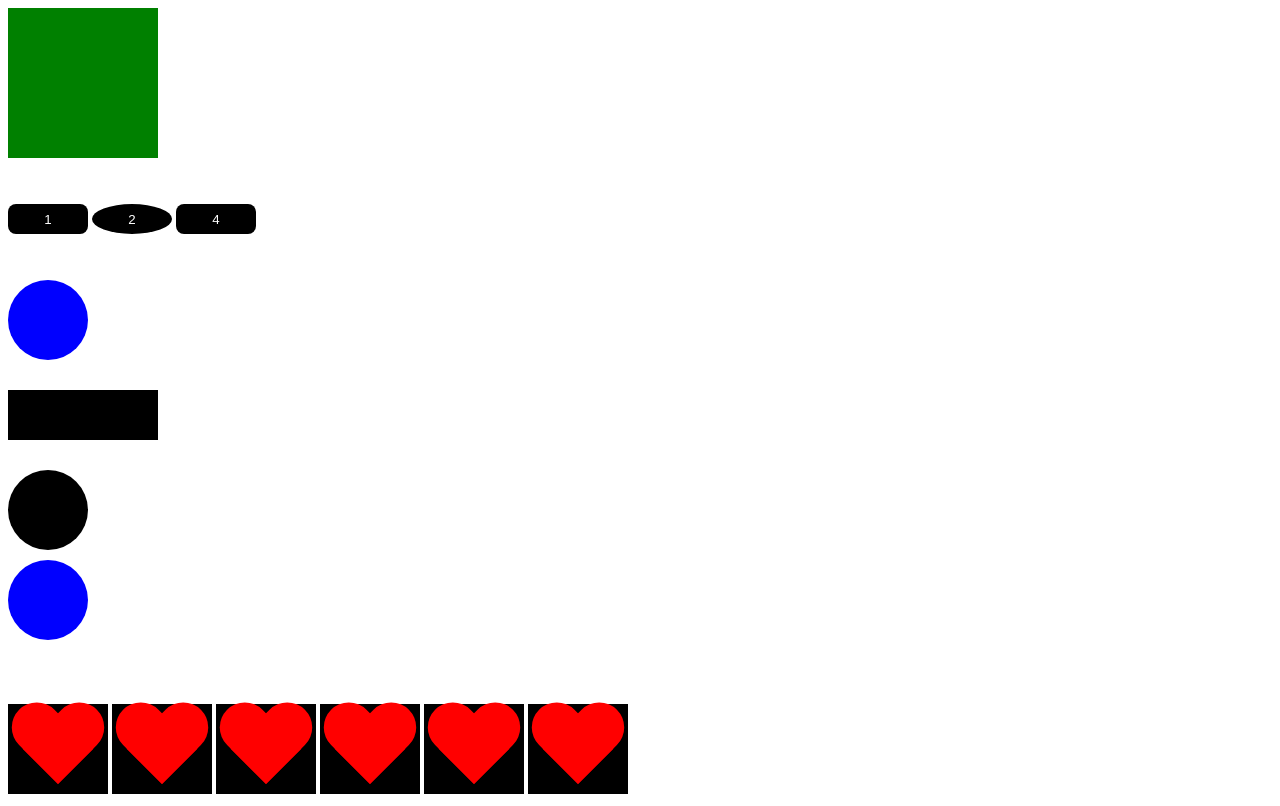
Repository: ivan151/jsudemy
Page: index.html
These files come from the project's save history. The page is drawn as it stood at one moment and after the next save; the edit follows.
The browser window is 1280 px wide. The pictures show the whole page.

Above is the page before, as saved 2020-05-02 10:23:16.
Console error (its wording comes from the project's code and is left out).

After the next save:
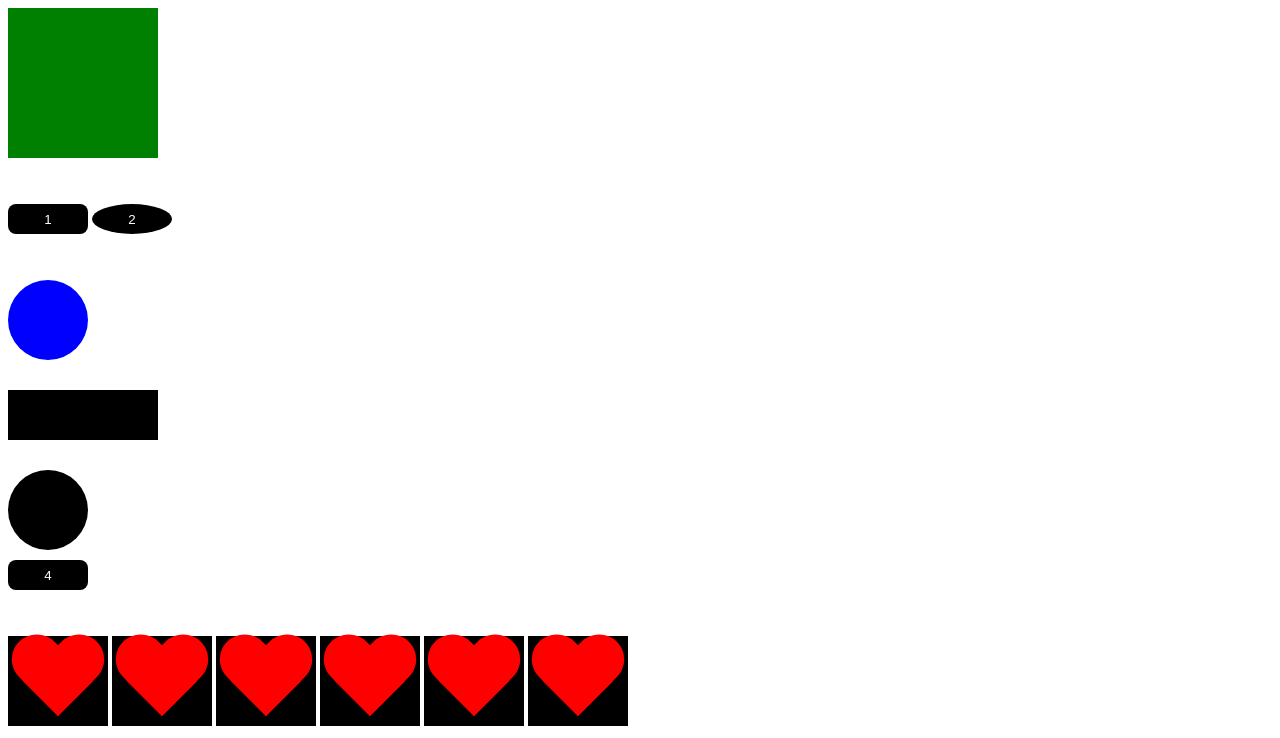
The error is gone.
Saved 25 s later.
--- a/script.js
+++ b/script.js
@@ -30,4 +30,4 @@ div.classList.add('black');
 document.body.insertBefore(div, circle[1]); // insert before element
 document.body.removeChild(btn[2]); //remove second button
 
-document.body.replaceChild()
+document.body.replaceChild(btn[2], circle[2]);
